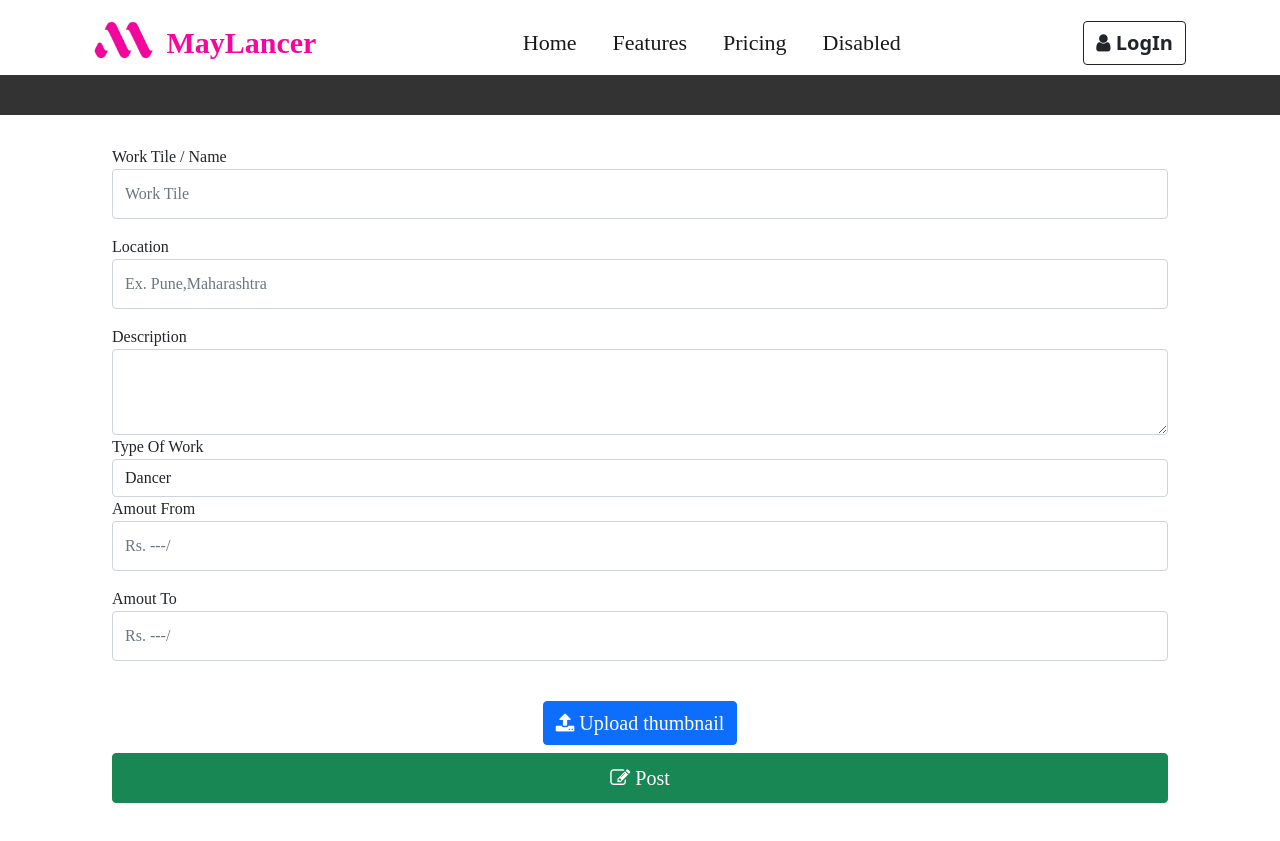
Repository: prathmesh2023/maylancers
Page: http://localhost/post_job
These files come from the project's save history. The page is drawn as it stood at one moment and after the next save; the edit follows.
The browser window is 1280 px wide. The pictures show the whole page.
Some web fonts or font styles are not loaded; a fallback is used. Some web libraries are served in a nearby version. The page is served by the project's application, run on Django 3.2 (manage.py). The page reads the database file committed with the project.

Above is the page before, as saved 2022-01-24 03:17:07.

After the next save:
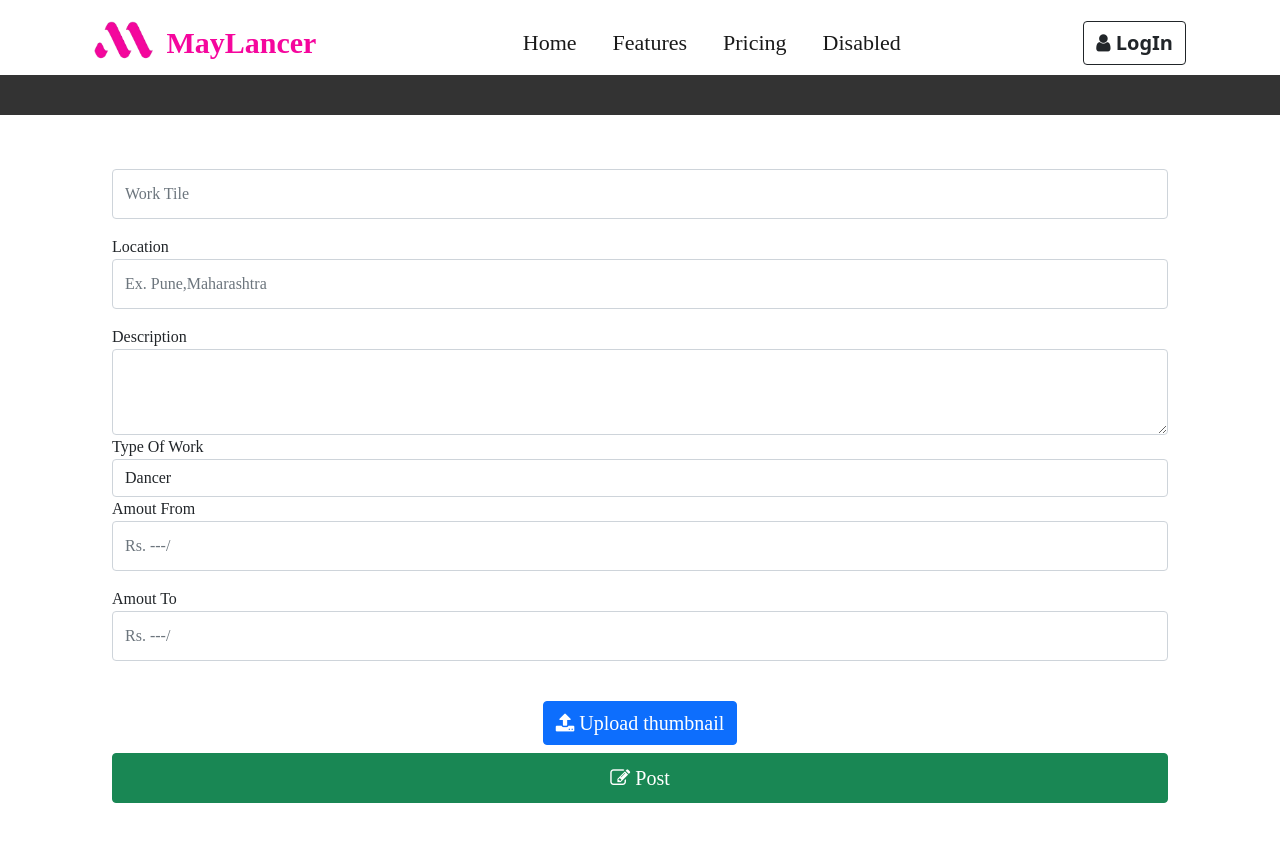
Saved 44 s later.
--- a/templates/postjob.html
+++ b/templates/postjob.html
@@ -4,7 +4,7 @@
 
     <form method="post" action="/post_job" style="padding:30px;" enctype="multipart/form-data">
         <div class="mb-3">
-            <label for="exampleInputEmail1">Work Tile / Name</label>
+            <label for="exampleInputEmail1">{{i.title}}</label>
 
             <input required required type="text" name="wtitle" class="form-control" id="exampleInputEmail1" aria-describedby="emailHelp" placeholder="Work Tile ">
 

After the save that followed:
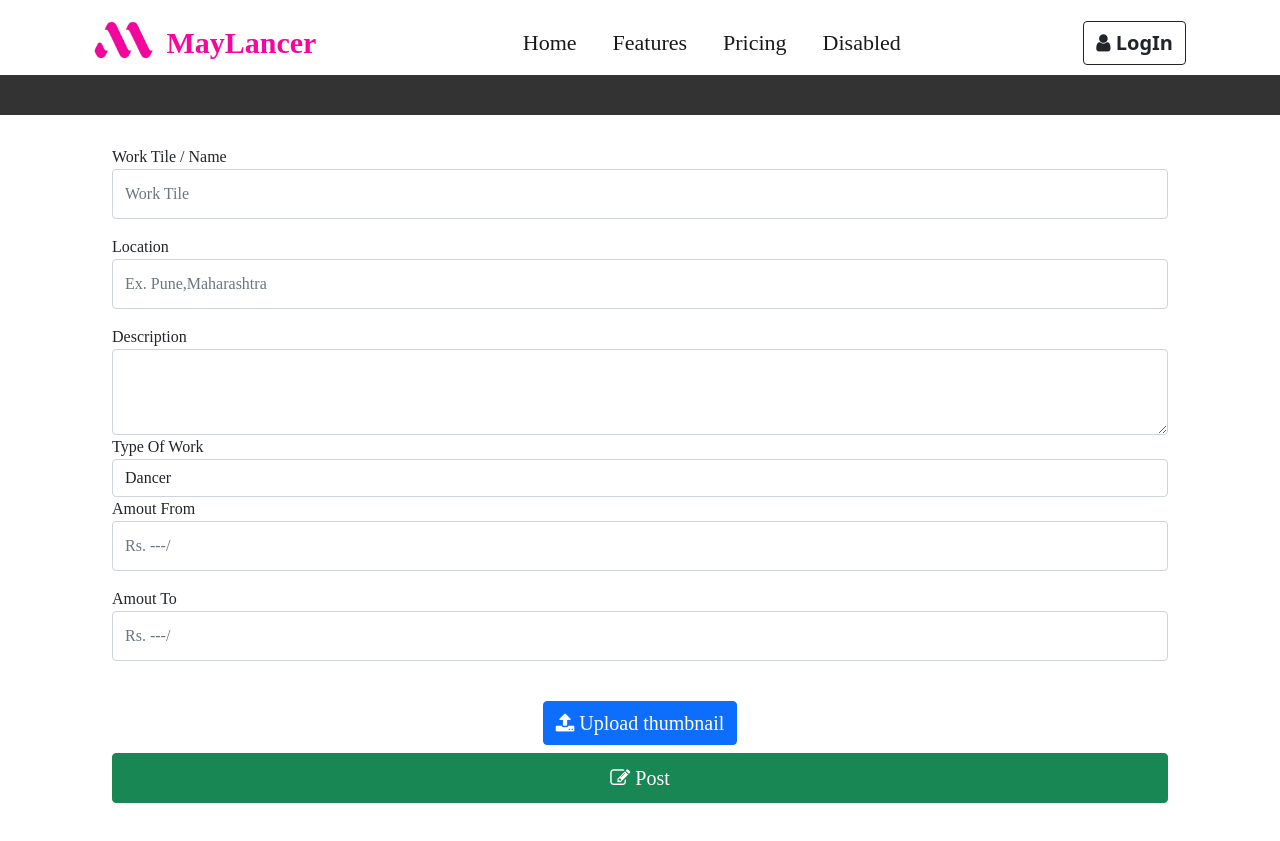
Saved 56 s later.
--- a/templates/postjob.html
+++ b/templates/postjob.html
@@ -4,7 +4,7 @@
 
     <form method="post" action="/post_job" style="padding:30px;" enctype="multipart/form-data">
         <div class="mb-3">
-            <label for="exampleInputEmail1">{{i.title}}</label>
+            <label for="exampleInputEmail1">Work Tile / Name</label>
 
             <input required required type="text" name="wtitle" class="form-control" id="exampleInputEmail1" aria-describedby="emailHelp" placeholder="Work Tile ">
 
